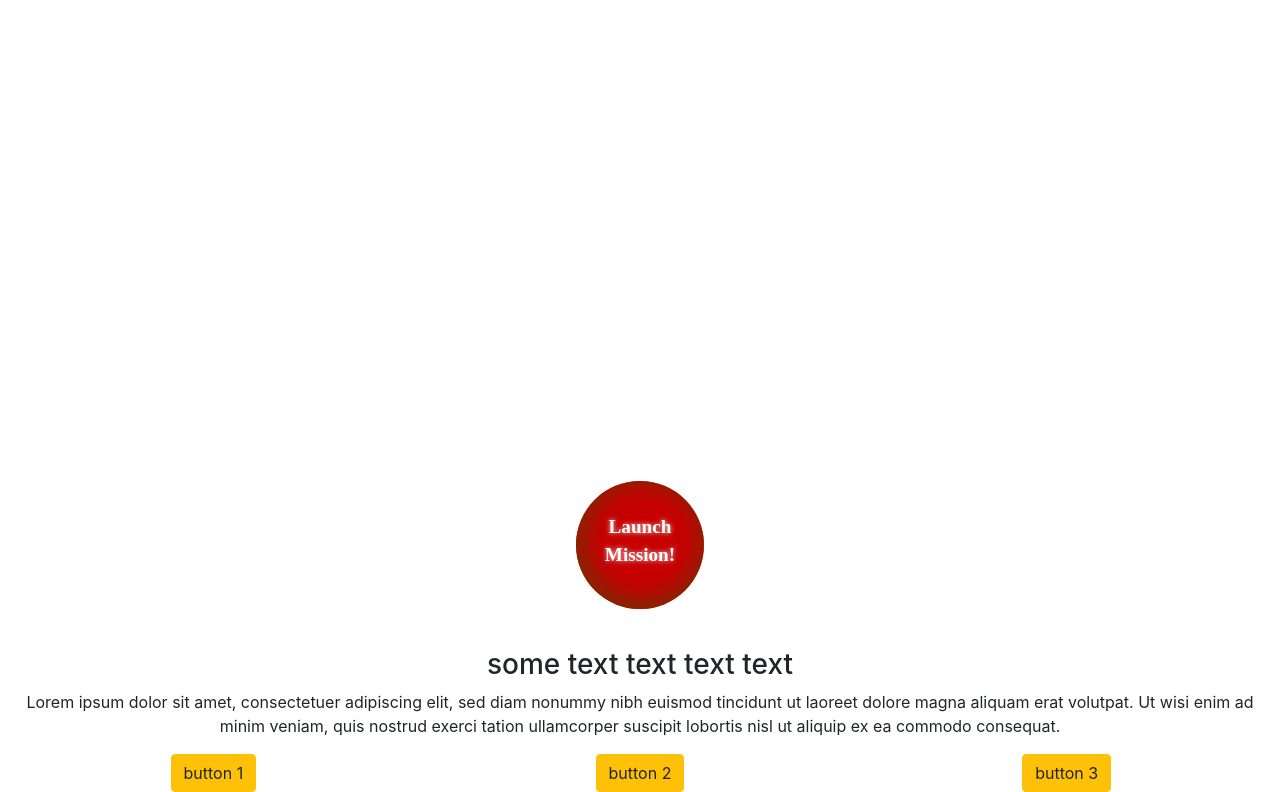
Repository: romqrq/Red-Planet-Explorer
Page: index.html
The author's editor kept a record of every edit. The page is drawn from the files as they stood at one moment, then again after the next edit.
The browser window is 1280 px wide. The pictures show the whole page.
The page's requests for data from a server got no answer. Some web fonts or font styles are not loaded; a fallback is used. Some web libraries are served in a nearby version.

Above is the page before.

After the next edit:
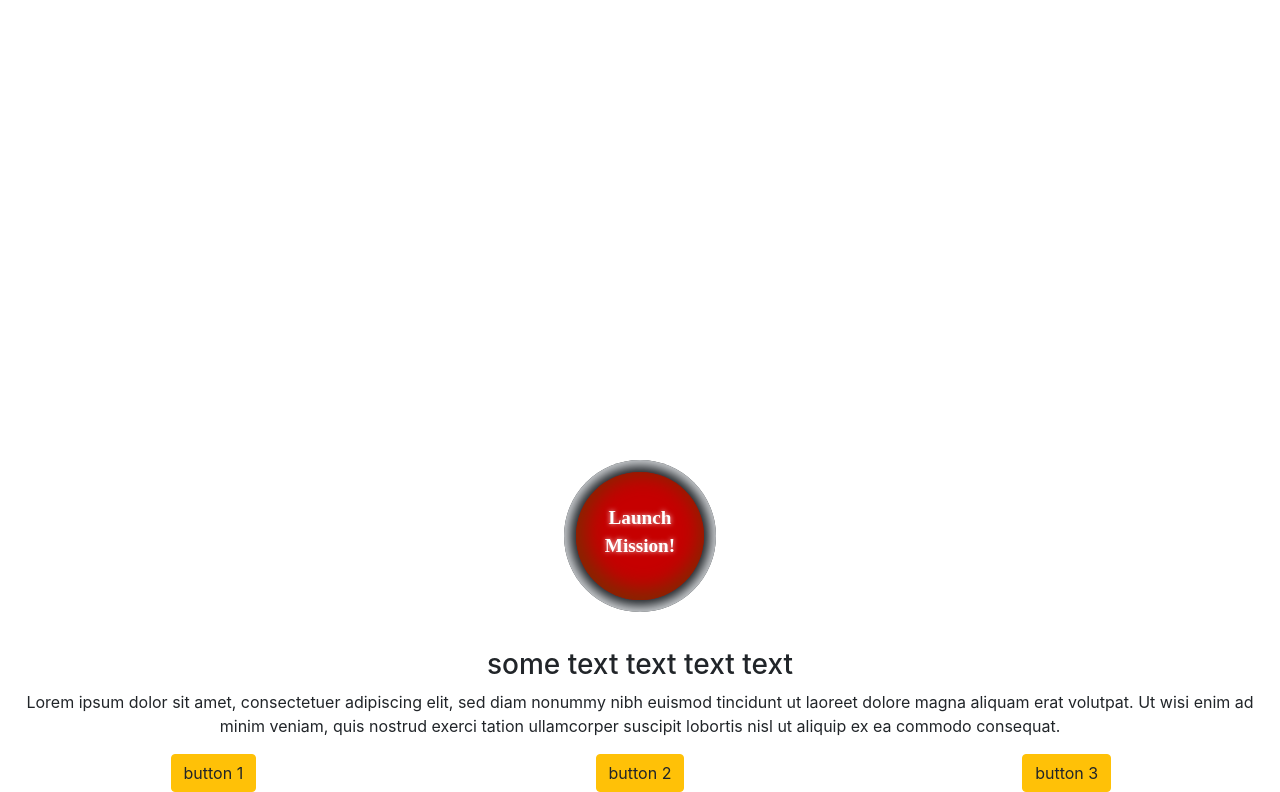
The edit:
--- a/index.html
+++ b/index.html
@@ -44,7 +44,9 @@
                 </div>
             </div>
             <div class="text-center">
-                <button class="btn launch-button">Launch Mission!</button>
+                <div class="launch-button-div">
+                    <button class="btn launch-button">Launch Mission!</button>
+                </div>
             </div>
             <!--<div class="row">-->
             <!--    <div class=navbar>-->
